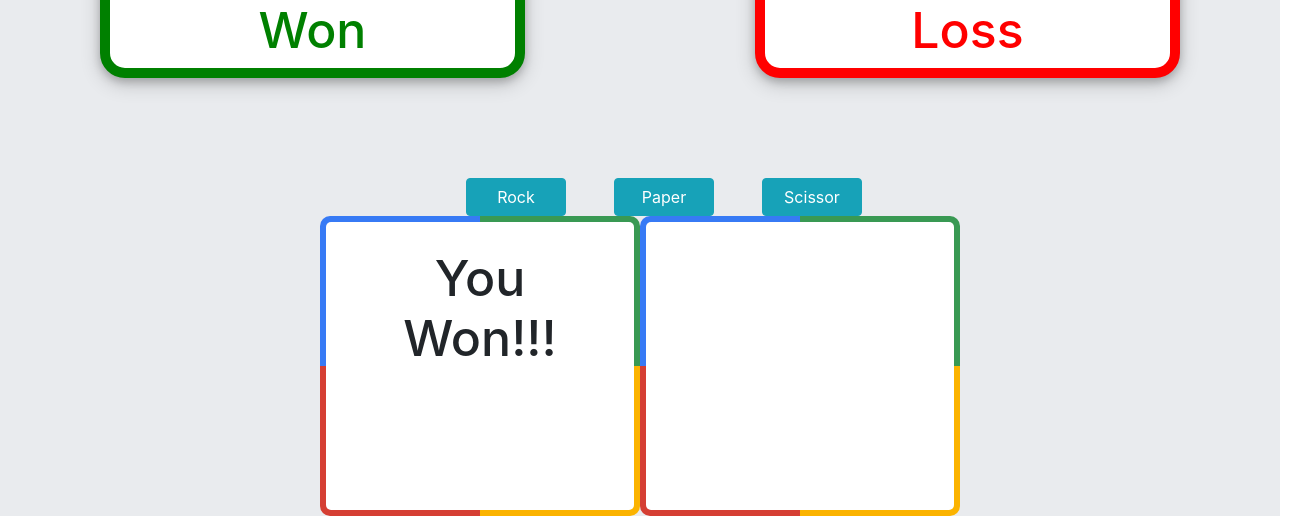
Repository: tts2610/React-Intro
Page: /
An editor plug-in stored every save of this project. The page is shown before and after the next save, followed by the edit.
The browser window is 1280 px wide. The page is 1295 px wide, so the pictures cover 1295 px, including what lies to the right of the window. The pictures show the part of the page from y = 428 to 944 px (the page is 944 px tall).
Some web libraries are served in a nearby version. The project was rebuilt for these pictures with package versions that can differ from the ones it lists, and the page was loaded fresh each time. Also part of the build but not shown: src/components/History.js.

Above is the page before, as saved 2020-05-26 23:10:02.

### public/index.html
<!DOCTYPE html>
<html lang="en">

<head>
    <meta charset="utf-8" />
    <link rel="icon" href="%PUBLIC_URL%/favicon.ico" />
    <meta name="viewport" content="width=device-width, initial-scale=1" />
    <meta name="theme-color" content="#000000" />
    <meta name="description" content="Web site created using create-react-app" />
    <link rel="apple-touch-icon" href="%PUBLIC_URL%/logo192.png" />
    <!--
      manifest.json provides metadata used when your web app is installed on a
      user's mobile device or desktop. See https://developers.google.com/web/fundamentals/web-app-manifest/
    -->
    <link rel="manifest" href="%PUBLIC_URL%/manifest.json" />
    <!--
      Notice the use of %PUBLIC_URL% in the tags above.
      It will be replaced with the URL of the `public` folder during the build.
      Only files inside the `public` folder can be referenced from the HTML.

      Unlike "/favicon.ico" or "favicon.ico", "%PUBLIC_URL%/favicon.ico" will
      work correctly both with client-side routing and a non-root public URL.
      Learn how to configure a non-root public URL by running `npm run build`.
    -->
    <title>React App</title>
    <link rel="stylesheet" href="https://maxcdn.bootstrapcdn.com/bootstrap/4.0.0/css/bootstrap.min.css" integrity="sha384-Gn5384xqQ1aoWXA+058RXPxPg6fy4IWvTNh0E263XmFcJlSAwiGgFAW/dAiS6JXm" crossorigin="anonymous">
</head>

<body>
    <noscript>You need to enable JavaScript to run this app.</noscript>
    <div id="root"></div>
    <!--
      This HTML file is a template.
      If you open it directly in the browser, you will see an empty page.

      You can add webfonts, meta tags, or analytics to this file.
      The build step will place the bundled scripts into the <body> tag.

      To begin the development, run `npm start` or `yarn start`.
      To create a production bundle, use `npm run build` or `yarn build`.
    -->
    <script src="https://code.jquery.com/jquery-3.2.1.slim.min.js" integrity="sha384-KJ3o2DKtIkvYIK3UENzmM7KCkRr/rE9/Qpg6aAZGJwFDMVNA/GpGFF93hXpG5KkN" crossorigin="anonymous"></script>
    <script src="https://cdnjs.cloudflare.com/ajax/libs/popper.js/1.12.9/umd/popper.min.js" integrity="sha384-ApNbgh9B+Y1QKtv3Rn7W3mgPxhU9K/ScQsAP7hUibX39j7fakFPskvXusvfa0b4Q" crossorigin="anonymous"></script>
    <script src="https://maxcdn.bootstrapcdn.com/bootstrap/4.0.0/js/bootstrap.min.js" integrity="sha384-JZR6Spejh4U02d8jOt6vLEHfe/JQGiRRSQQxSfFWpi1MquVdAyjUar5+76PVCmYl" crossorigin="anonymous"></script>
</body>

</html>

### src/App.js
import React , {Component } from 'react';
import './App.css';
import ChoiceCard from './components/ChoiceCard';
import Button from './components/Button';
import Result from './components/Result';
import History from './components/History';


const choices = {
  rock:
    "https://opengameart.org/sites/default/files/forum-attachments/very%20simple%20rock_0.png",
  paper: "http://pngimagesfree.com/Paper/Thumb/blank-note-paper-free-clipa.png",
  scissor: "http://www.pngmart.com/files/1/Scissors-PNG-Pic.png"
};

export default class App extends Component{
    // const [choiceDic,setChoice] = useState({me:{winner:1,imgURL:choices.rock},computer:{winner:0,imgURL:choices.scissor}})
  constructor(props){
    super(props);
    this.state = {
      me:{winner:1,imgURL:"http://www.pngmart.com/files/1/Scissors-PNG-Pic.png"},
      computer:{winner:0,imgURL:"http://pngimagesfree.com/Paper/Thumb/blank-note-paper-free-clipa.png"},
    }
  }

  randomProperty = function (obj) {
    let keys = Object.keys(obj);
    let randomNum = keys.length * Math.random() << 0;
    return [obj[keys[randomNum]],keys[randomNum]];
  };

  handleClick = (myChoice)=>{
    let random = this.randomProperty(choices)
    let computerChoice = random[1];
    let myWinnerState;
    let computerWinnerState;
    if ((myChoice==='rock' && computerChoice==='scissor')||(myChoice==='paper' && computerChoice==='rock')|| (myChoice==='scissor' && computerChoice==='paper')) {
        myWinnerState = 1;
        computerWinnerState = 0;
    }else if((computerChoice==='rock' && myChoice==='scissor')||(computerChoice==='paper' && myChoice==='rock')|| (computerChoice==='scissor' && myChoice==='paper')){
        computerWinnerState = 1;
        myWinnerState = 0;
    }
    else{
        computerWinnerState = 2;
        myWinnerState = 2;
    }
    this.setState({
      me: {winner:myWinnerState,imgURL:choices[myChoice]},
      computer:{winner:computerWinnerState,imgURL:random[0]}
    },()=>{
      // if(this.state.me.winner===1&&this.state.computer.winner===0) alert("you win!!!");
      // else alert("you loose!");
    });

  }

  render(){
    return (
      <div className="App">
        <div className="row">
          <div className="col-6">
              <ChoiceCard title="You" winner={this.state.me.winner} imgURL={this.state.me.imgURL} />
          </div>
          <div className="col-6">
              <ChoiceCard title="Computer" winner={this.state.computer.winner} imgURL={this.state.computer.imgURL}/>
          </div>
        </div>

        <div className="row rowOfButtons">
        <Button type="rock" handleClick={this.handleClick}/>
        <Button type="paper" handleClick={this.handleClick}/>
        <Button type="scissor" handleClick={this.handleClick}/>
        </div>
        <div className="row mx-auto resultContainer">
          <div className="col-md-3 rainbow">
          <Result result={[this.state.me.winner,this.state.computer.winner]}/>
          </div>
          <div className="col-md-3 rainbow">

          </div>

        </div>
      </div>
    );
  }

}

### src/App.css
.App {
    min-height: 100vh;
    text-align: center;
    background-color: #e9ebee;
}

.rowOfButtons {
    display: flex;
    justify-content: center;
}

.rowOfButtons button {
    width: 100px;
}

.choice-card {
    flex: 1;
    display: flex;
    margin: 100px;
    font-size: 3em;
    padding: 0 40px;
    font-weight: 300;
    text-align: center;
    border-radius: 25px;
    flex-direction: column;
    align-items: center;
    border: 1px solid black;
    background-color: white;
    justify-content: space-around;
    box-shadow: 0 4px 8px 0 rgba(0, 0, 0, 0.2), 0 6px 20px 0 rgba(0, 0, 0, 0.19);
}

img {
    width: 250px;
    height: 250px;
}

h1 {
    font-size: 50px;
}

.winner {
    color: green;
    border: 10px solid green;
}

.loser {
    color: red;
    border: 10px solid red;
}

.tie {
    border: 10px solid black;
}

.result {
    width: max-content;
    display: flex;
    justify-content: center;
}

@-webkit-keyframes rotate {
    100% {
        -webkit-transform: rotate(1turn);
        transform: rotate(1turn);
    }
}

@keyframes rotate {
    100% {
        -webkit-transform: rotate(1turn);
        transform: rotate(1turn);
    }
}

.rainbow {
    position: relative;
    z-index: 0;
    width: 400px;
    height: 300px;
    border-radius: 10px;
    overflow: hidden;
    padding: 2rem;
    padding-bottom: 50px;
}

.rainbow::before {
    content: '';
    position: absolute;
    z-index: -2;
    left: -50%;
    top: -50%;
    width: 200%;
    height: 200%;
    background-color: #399953;
    background-repeat: no-repeat;
    background-size: 50% 50%, 50% 50%;
    background-position: 0 0, 100% 0, 100% 100%, 0 100%;
    background-image: -webkit-gradient(linear, left top, left bottom, from(#399953), to(#399953)), -webkit-gradient(linear, left top, left bottom, from(#fbb300), to(#fbb300)), -webkit-gradient(linear, left top, left bottom, from(#d53e33), to(#d53e33)), -webkit-gradient(linear, left top, left bottom, from(#377af5), to(#377af5));
    background-image: linear-gradient(#399953, #399953), linear-gradient(#fbb300, #fbb300), linear-gradient(#d53e33, #d53e33), linear-gradient(#377af5, #377af5);
    -webkit-animation: rotate 4s linear infinite;
    animation: rotate 4s linear infinite;
}

.rainbow::after {
    content: '';
    position: absolute;
    z-index: -1;
    left: 6px;
    top: 6px;
    width: calc(100% - 12px);
    height: calc(100% - 12px);
    background: white;
    border-radius: 5px;
}

.resultInner {
    display: flex;
    align-items: center;
}

.resultContainer {
    justify-content: center;
}

### src/components/ChoiceCard.js
import React from 'react'

export default function ChoiceCard({title,winner,imgURL}) {

        if(winner===2){
            return (
                <div className={`choice-card tie`}>
                    <h1>{title}</h1>
                    <img src={imgURL} alt={imgURL}/>
                    <h1>Tie</h1>
                </div>
                );
        }
        return (
        <div className={`choice-card ${winner ? 'winner' : 'loser'}`}>
            <h1>{title}</h1>
            <img src={imgURL} alt={imgURL}/>
            <h1>{winner ? 'Won' : 'Loss'}</h1>
        </div>
        );
}

### src/components/Button.js
import React from 'react'

export default function Button({handleClick,type}){
    return (
        <div>
            <button type="button" className="btn btn-info ml-5 text-capitalize" onClick={()=>handleClick(type)} >{type}</button>
        </div>
    );
}

### src/components/Result.js
import React from 'react'

export default function Result({result}){
    if(result[0]>result[1])
        return (<div className="resultInner">
                    <h1>You Won!!!</h1>
                </div>);
    else if(result[0]<result[1]){
        return (<div className="resultInner">
            <h1>You Lost!!!</h1>
        </div>);
    }else{
        return (<div className="resultInner">
            <h1>Tie Game!!!</h1>
        </div>);
    }
}

Loaded but not shown: src/index.js (common file); src/index.css (common file); src/serviceWorker.js (common file)

After the next save:
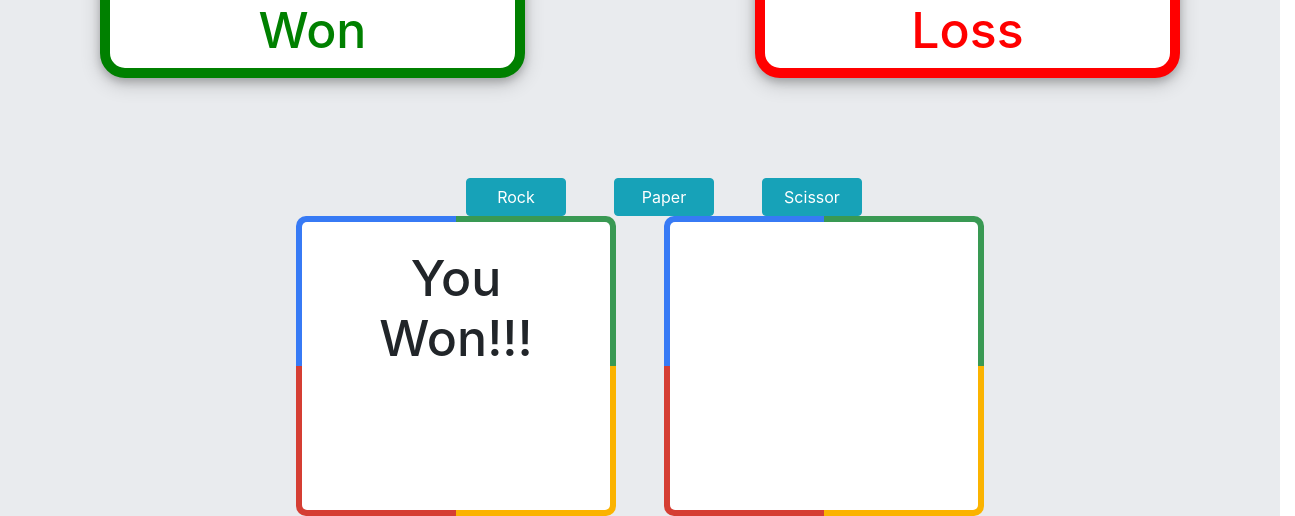
Saved 13 s later.
--- a/src/App.js
+++ b/src/App.js
@@ -73,7 +73,7 @@ export default class App extends Component{
         <Button type="scissor" handleClick={this.handleClick}/>
         </div>
         <div className="row mx-auto resultContainer">
-          <div className="col-md-3 rainbow">
+          <div className="col-md-3 rainbow mr-5">
           <Result result={[this.state.me.winner,this.state.computer.winner]}/>
           </div>
           <div className="col-md-3 rainbow">
